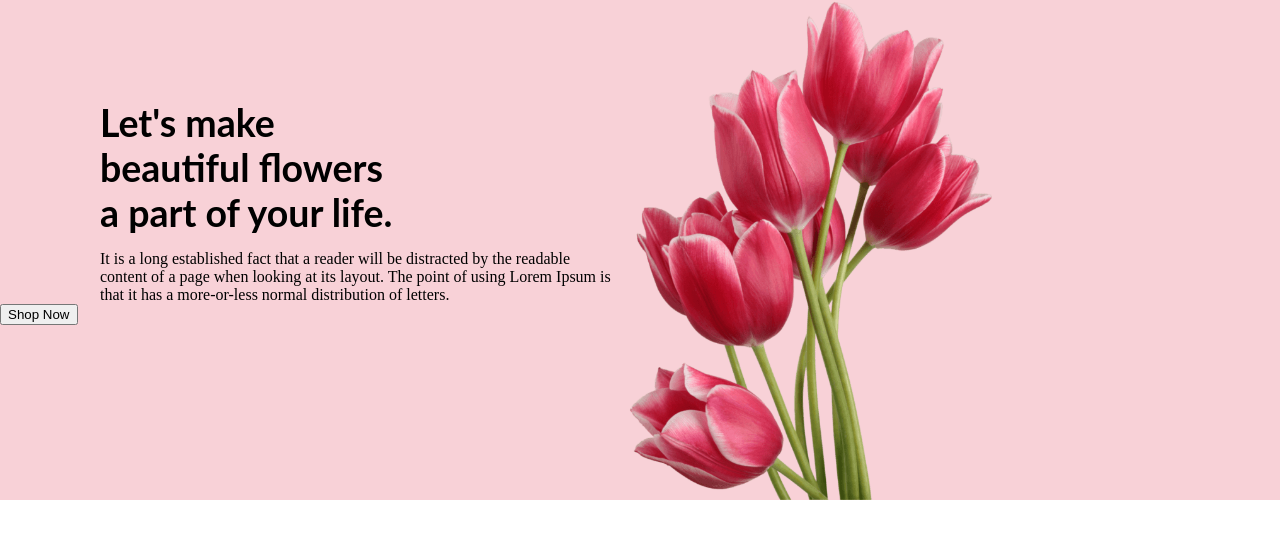
Repository: sadiaafsana138/Flower-Shop_Responsive
Page: index.html
The author's editor kept a copy of each file at every save. The page is drawn from the files as they stood at one save, then again after the next save.
The browser window is 1280 px wide. The pictures show the whole page.

Above is the page before, as saved 2023-08-30 02:47:41.

After the next save:
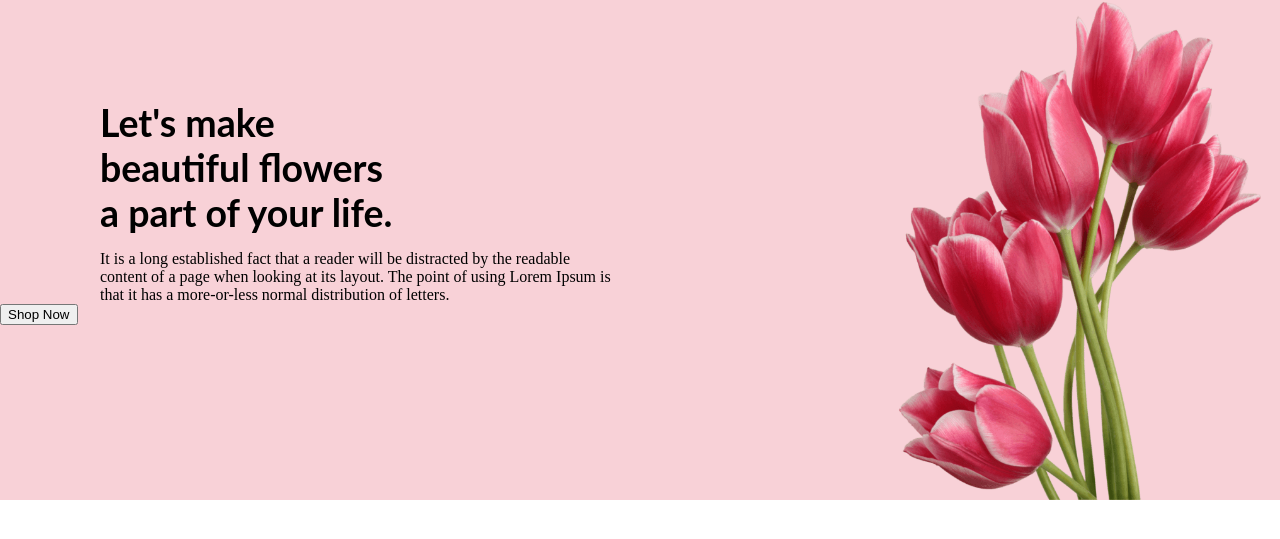
Saved 35 s later.
--- a/Flower.css
+++ b/Flower.css
@@ -6,6 +6,7 @@
     height:500px;
     width: 100%;
     display: flex;
+    justify-content: space-between;
 }
 #HeaderText1{
     padding: 100px 70px 0px 100px;
@@ -14,7 +15,6 @@
     font-style: normal;
     font-weight: 800;
     padding-bottom:5px;
-    margin: right:300px;
 }
 #HeaderText2{
     padding: 10px 0px 0px 100px;
